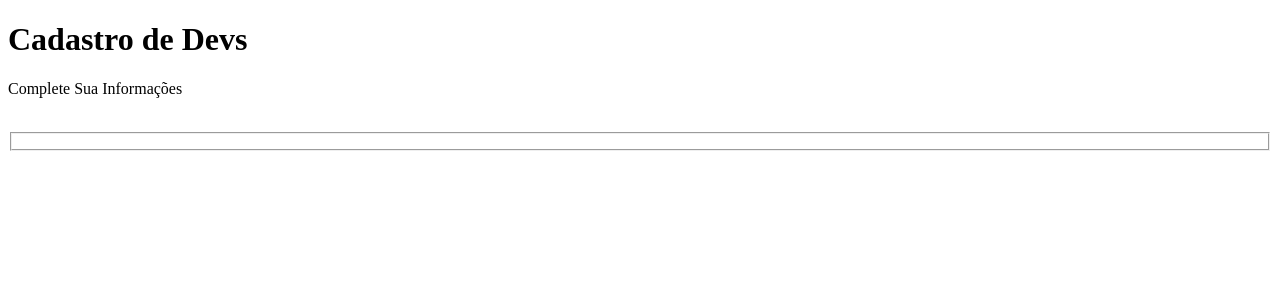
Repository: 2020francesco/formulario
Page: formulario.html
The author's editor kept a copy of each file at every save. The page is drawn from the files as they stood at one save, then again after a run of saves.
The browser window is 1280 px wide. The pictures show the whole page.

Above is the page before, as saved 2021-04-20 10:52:04.

### formulario.html
<!DOCTYPE html>
<html lang="en">
  <head>
    <meta charset="utf-8">
    <meta name="viewport" content="width=device-width, initial-scale=1.0">

    <title>Cadastro</title>
  </head>
  <body>

    <div>
      <h1>Cadastro de Devs</h1>
      <p>Complete Sua Informações</p>
      <br>
    </div>

    <form>
      <fieldset>
        <div>
          <label></label>
        </div>
      </fieldset>
    </form>

  </body>
</html>

After the next 2 saves:
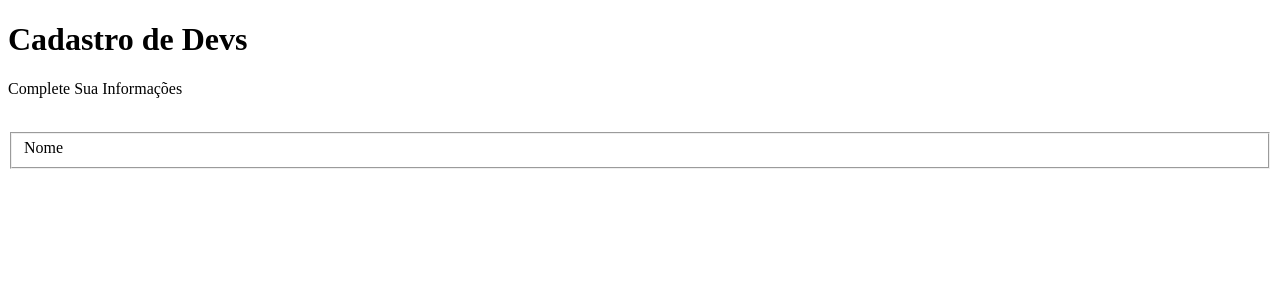
The 2 saves are shown as one change because they came seconds apart.
The last was saved 7 s later.
--- a/formulario.html
+++ b/formulario.html
@@ -17,7 +17,7 @@
     <form>
       <fieldset>
         <div>
-          <label></label>
+          <label>Nome</label>
         </div>
       </fieldset>
     </form>
